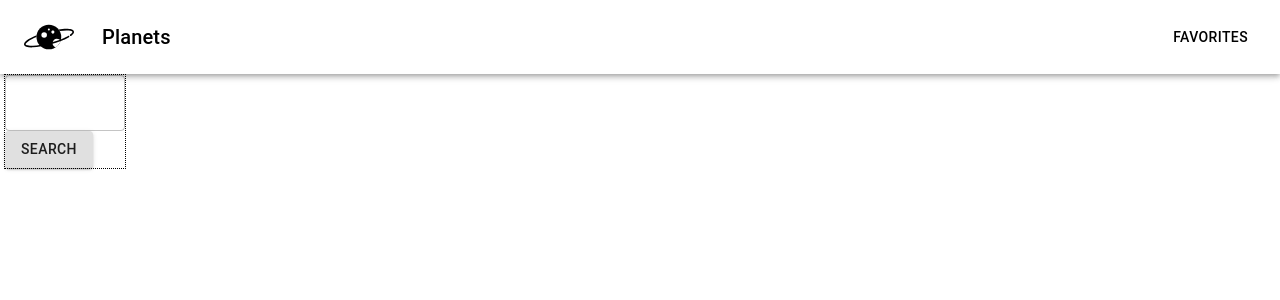
Repository: samridhie01/assignment
Page: /
An editor plug-in stored every save of this project. The page is shown before and after the next save, followed by the edit.
The browser window is 1280 px wide. The pictures show the whole page.
The page's requests for data from a server got no answer. The project was rebuilt for these pictures with package versions that can differ from the ones it lists, and the page was loaded fresh each time. No one was signed in, and anything a server would have sent is missing.

Above is the page before, as saved 2020-08-19 20:14:02.

After the next save:
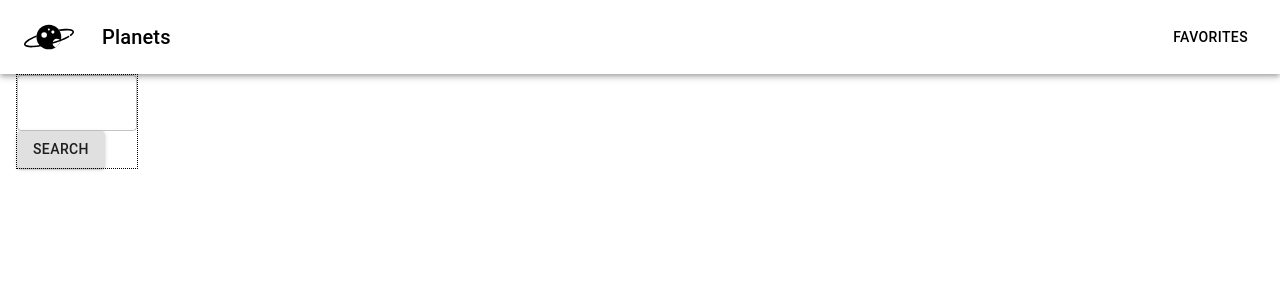
Saved 69 s later.
--- a/src/components/planets/Planets.tsx
+++ b/src/components/planets/Planets.tsx
@@ -13,7 +13,7 @@ const Planets = () => {
     const classes= useStyles();
   return (
     <>
-    <Box height="250%" border={1} mx={0.5} width={120} display="inline-block" className={classes.dotted}>
+    <Box height="250%" border={1} mx={2} width={120} display="inline-block" className={classes.dotted}>
      <TextField variant="outlined"/>
      <Button variant="contained">Search</Button>
       </Box>
